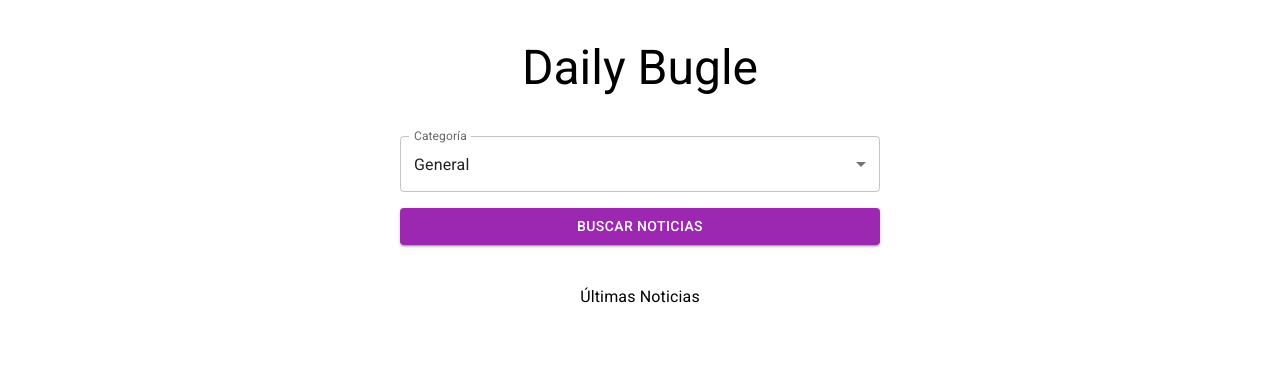
Repository: CarlosCamposRodriguez99/noticiasApp
Page: /
An editor plug-in stored every save of this project. The page is shown before and after the next save, followed by the edit.
The browser window is 1280 px wide. The pictures show the whole page.
The page's requests for data from a server got no answer. Some web fonts or font styles are not loaded; a fallback is used. The project was rebuilt for these pictures with package versions that can differ from the ones it lists, and the page was loaded fresh each time. No one was signed in, and anything a server would have sent is missing. Also part of the build but not shown: vite.config.js.

Above is the page before, as saved 2022-06-07 20:33:29.

After the next save:
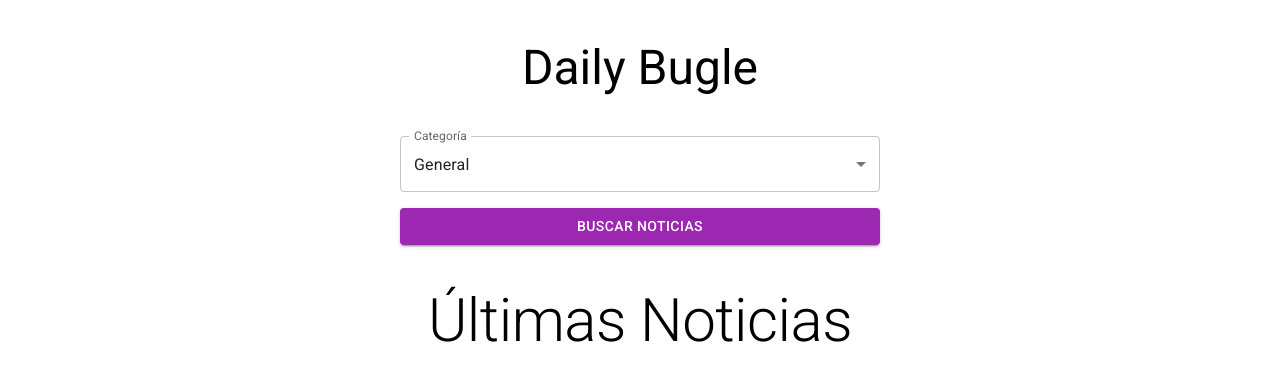
Saved 22 s later.
--- a/src/components/ListadoNoticias.jsx
+++ b/src/components/ListadoNoticias.jsx
@@ -7,6 +7,7 @@
         <Typography
           textAlign='center'
           marginY={5}
+          variant='h2'
         >
           Últimas Noticias
         </Typography>
